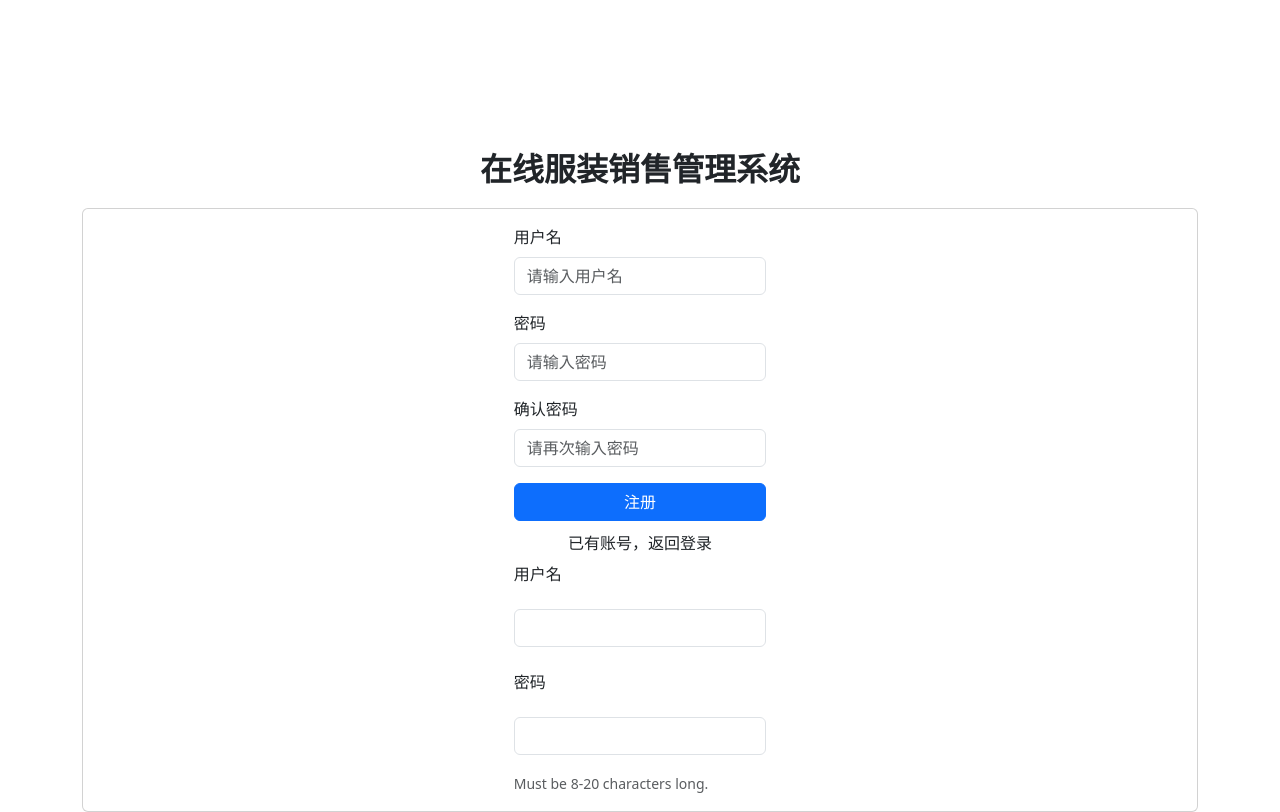
Repository: squawktop/CFS
Page: /user/register (app in web/)
These files come from the project's save history. The page is drawn as it stood at one moment and after the next save; the edit follows.
The browser window is 1280 px wide. The pictures show the whole page.
The project was rebuilt for these pictures with package versions that can differ from the ones it lists, and the page was loaded fresh each time. Also part of the build but not shown: web/vue.config.js, web/src/views/LoginView.vue, web/src/components/NavBar.vue, web/src/views/HomeView.vue, web/src/views/UsersManageView.vue, web/src/views/PersonalCenterView.vue, web/src/views/GoodsManageView.vue, web/src/views/OrdersManageView.vue and 1 more.

Above is the page before, as saved 2024-03-23 18:27:50.

After the next save:
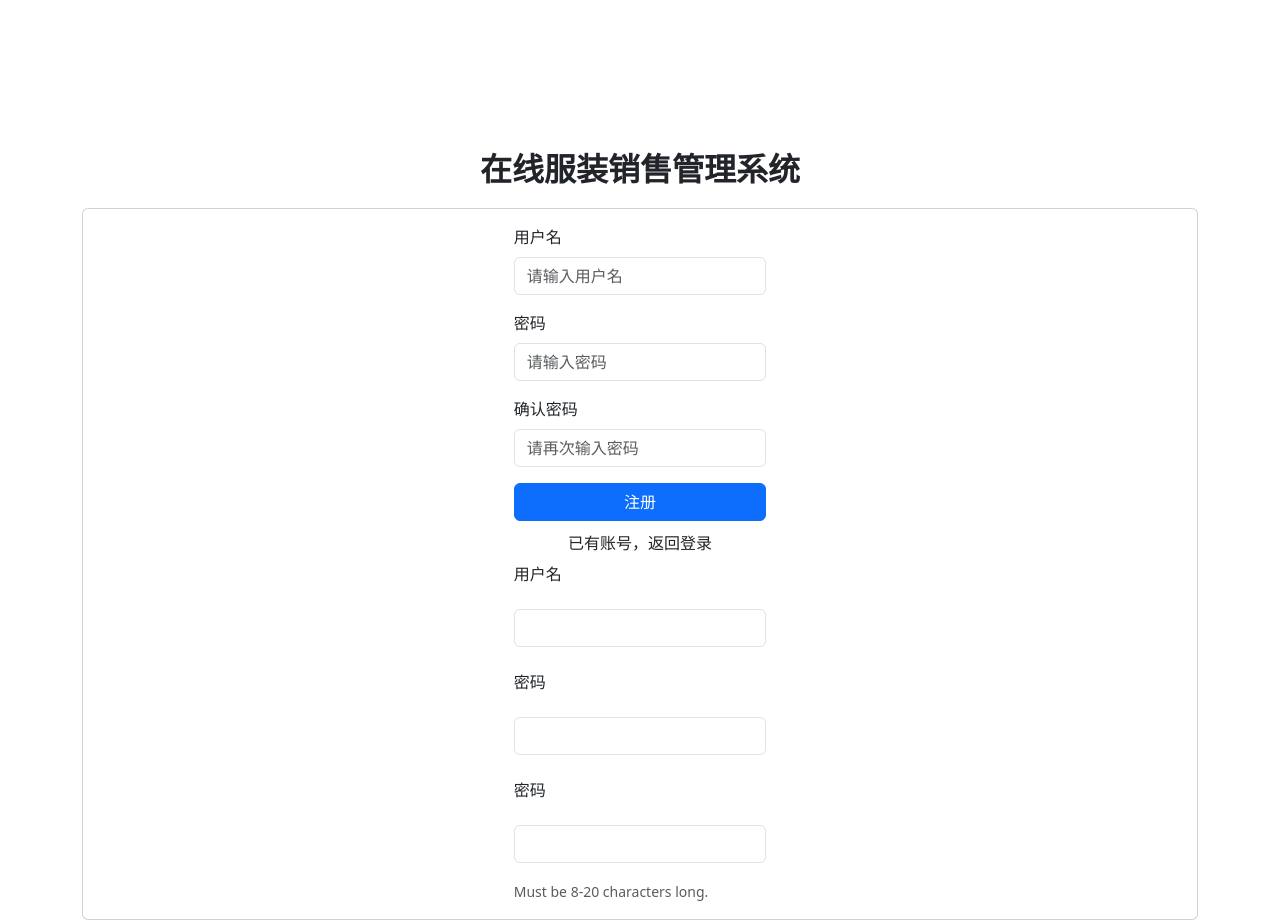
Saved 5 s later.
--- a/web/src/views/RegisterView.vue
+++ b/web/src/views/RegisterView.vue
@@ -33,6 +33,13 @@
                             </div>
                             <div class="col-auto">
                                 <input type="username" id="username" class="form-control">
+                            </div>
+
+                            <div class="col-auto">
+                                <label for="password" class="col-form-label">密码</label>
+                            </div>
+                            <div class="col-auto">
+                                <input type="password" id="password" class="form-control">
                             </div>
 
                             <div class="col-auto">
